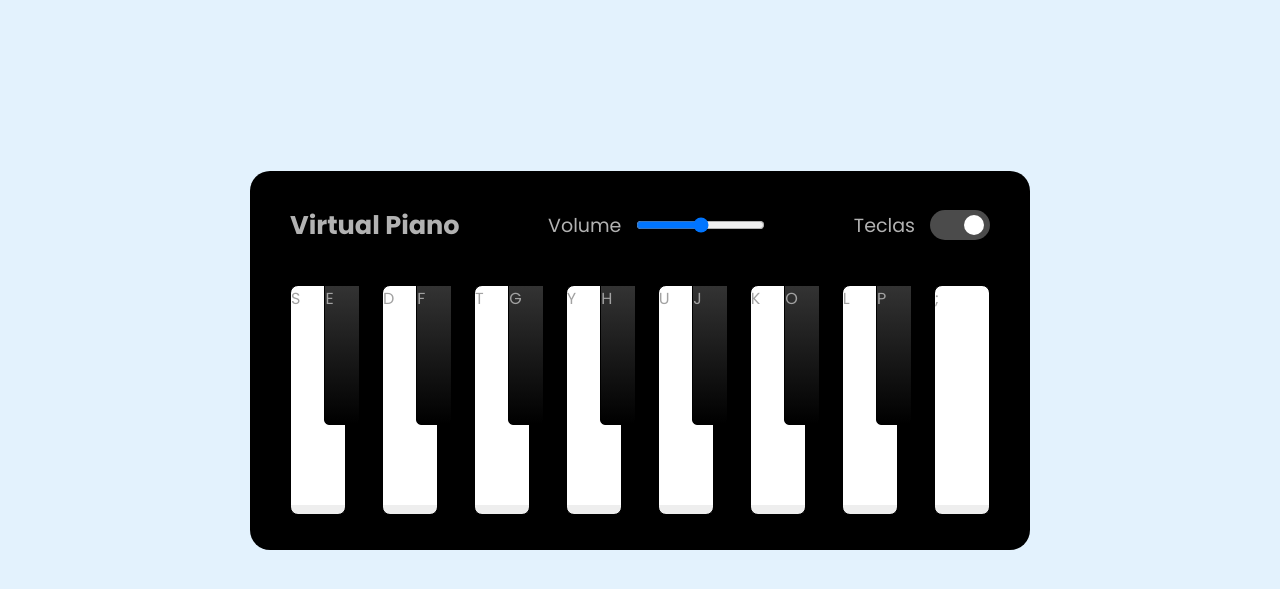
Repository: gustavotwist/simulador-piano
Page: index.html
An editor plug-in stored every save of this project. The page is shown before and after the next save, followed by the edit.
The browser window is 1280 px wide. The pictures show the whole page.

Above is the page before, as saved 2024-11-30 18:01:48.

After the next save:
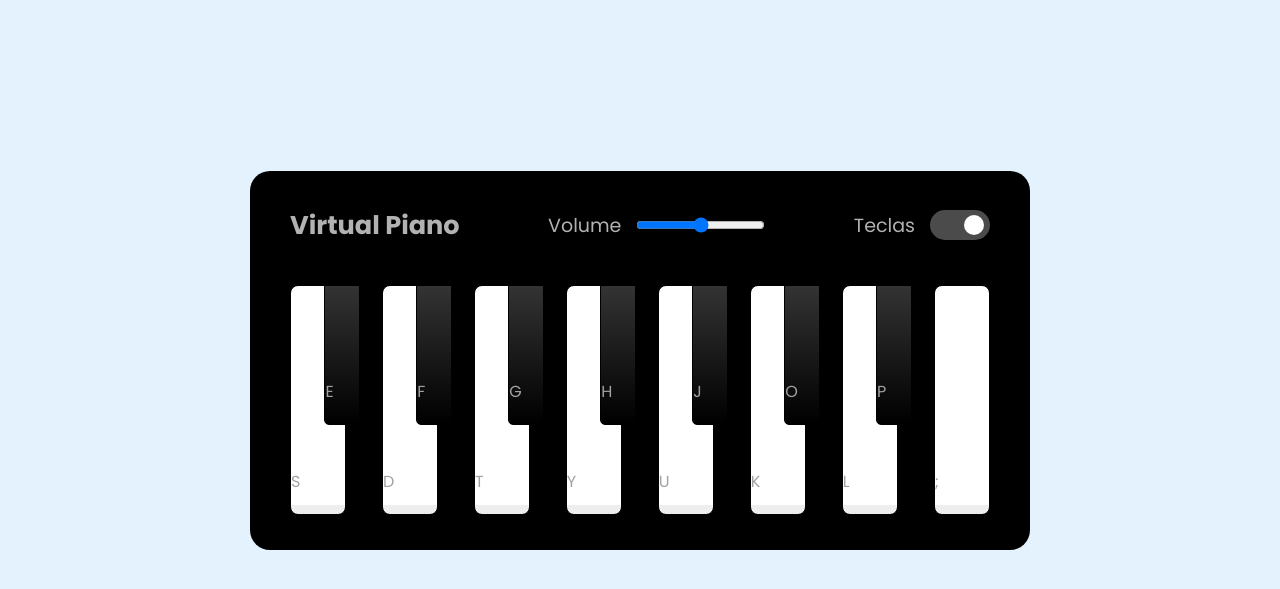
Saved 4 s later.
--- a/src/styles/main.css
+++ b/src/styles/main.css
@@ -102,5 +102,5 @@ header .column span {
 
 .piano-keys span {
     position: absolute;
-    bottom:;
+    bottom: 20px;
 }
